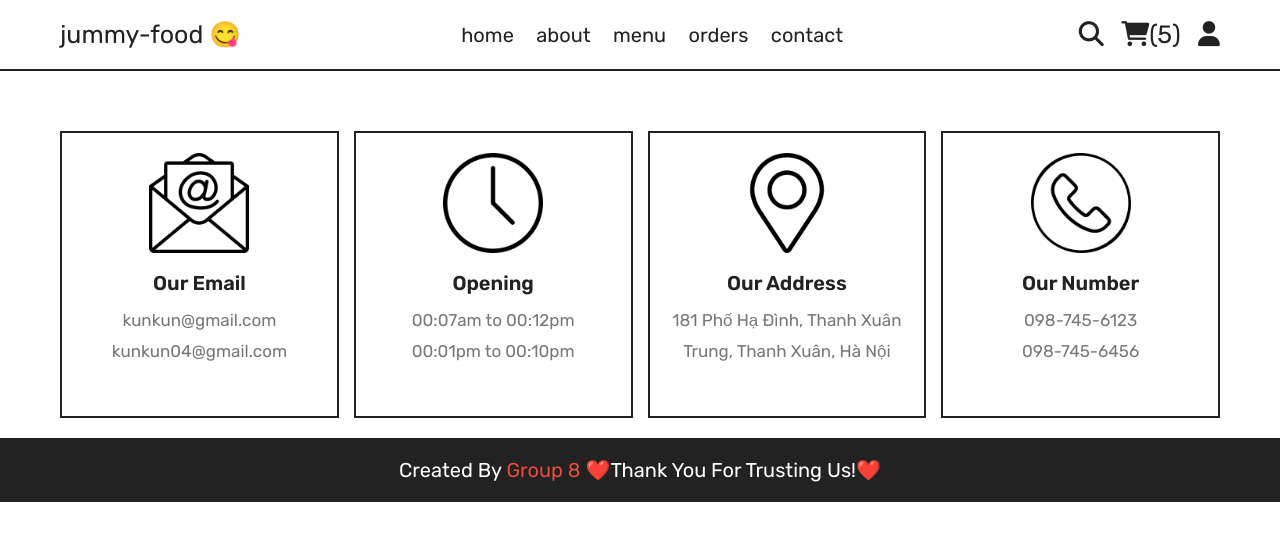
Repository: VuongLinhDinh/jummy_food
Page: search.html
These files come from the project's save history. The page is drawn as it stood at one moment and after the next save; the edit follows.
The browser window is 1280 px wide. The pictures show the whole page.
Some web libraries are served in a nearby version.

Above is the page before, as saved 2023-11-09 23:58:49.

After the next save:
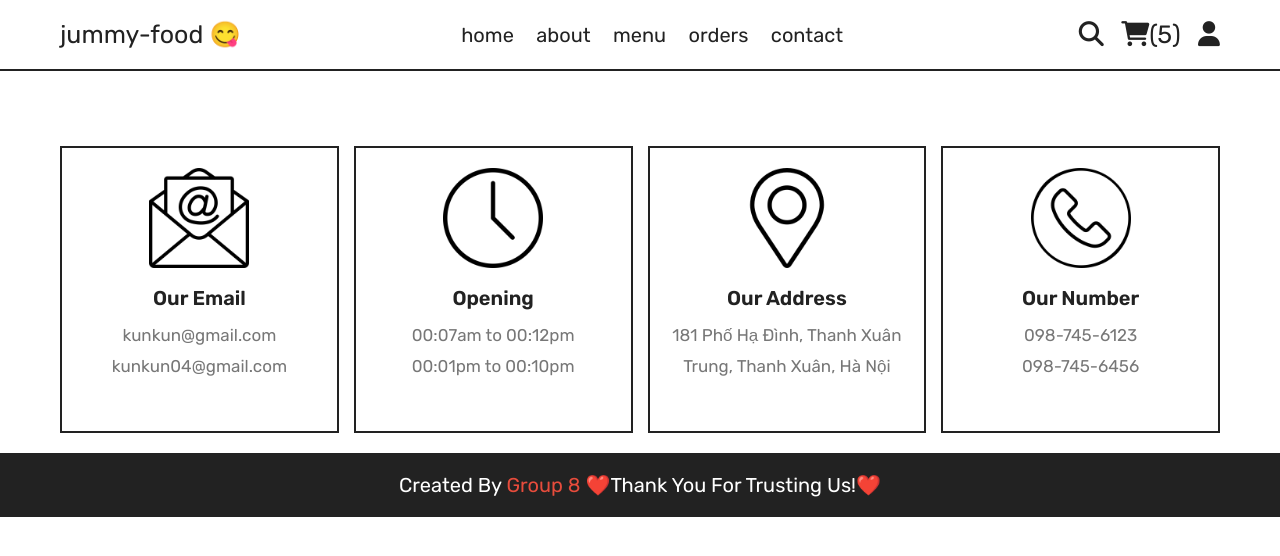
Saved 23 s later.
--- a/search.html
+++ b/search.html
@@ -41,7 +41,7 @@
     <!-- search form section starts  -->
     <section class="search-form">
         <form action="" method="post">
-
+            <input type="text" name="" class="box">
         </form>
     </section>
     <!-- search form section end  -->
